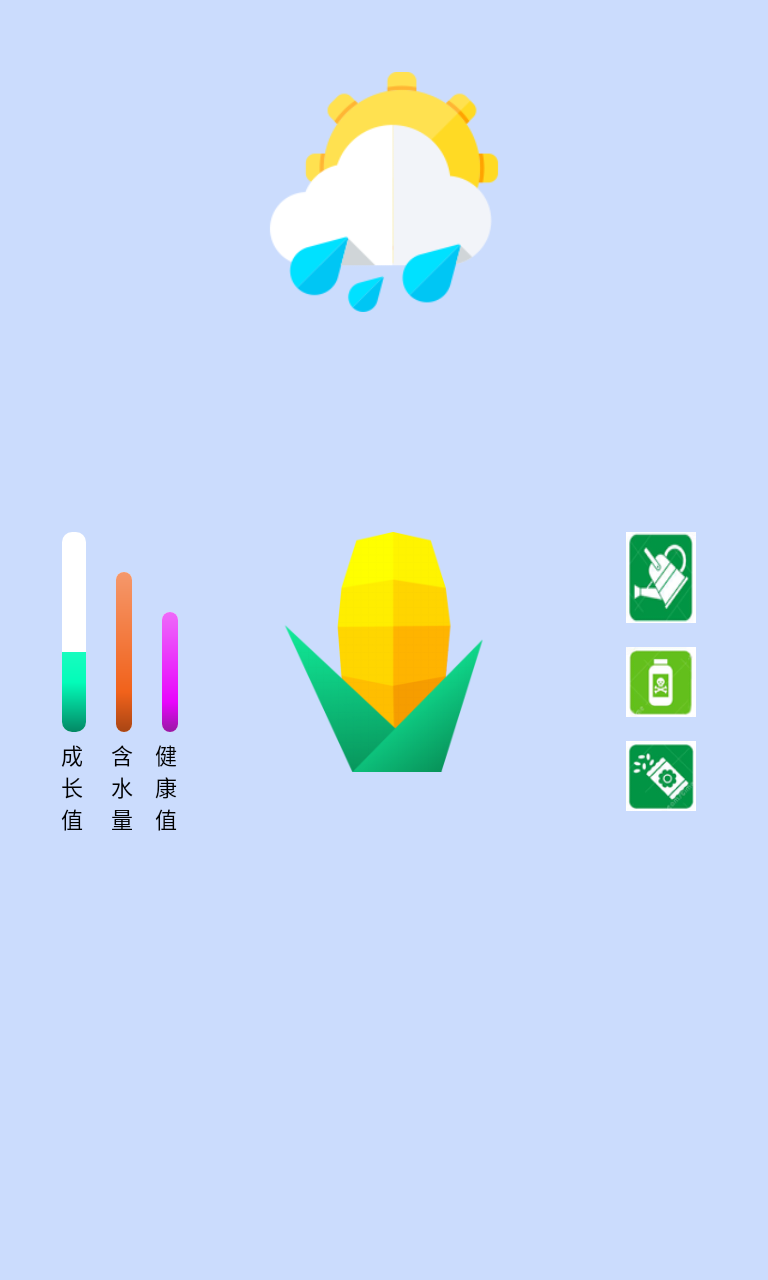
Repository: DraceWang/YumiTianqi
Layout: YumiTianqi/res/layout/fragment_main.xml
An editor plug-in stored every save of this project. The layout is shown before and after a run of saves, followed by the edit.
It is drawn on a 768 x 1280 px phone screen (xhdpi) without system bars, with theme AppTheme; the app's code is not run. Lists and similar views that code fills are empty.

Above is the layout before, as saved 2015-05-20 01:38:15.

After the next 2 saves:
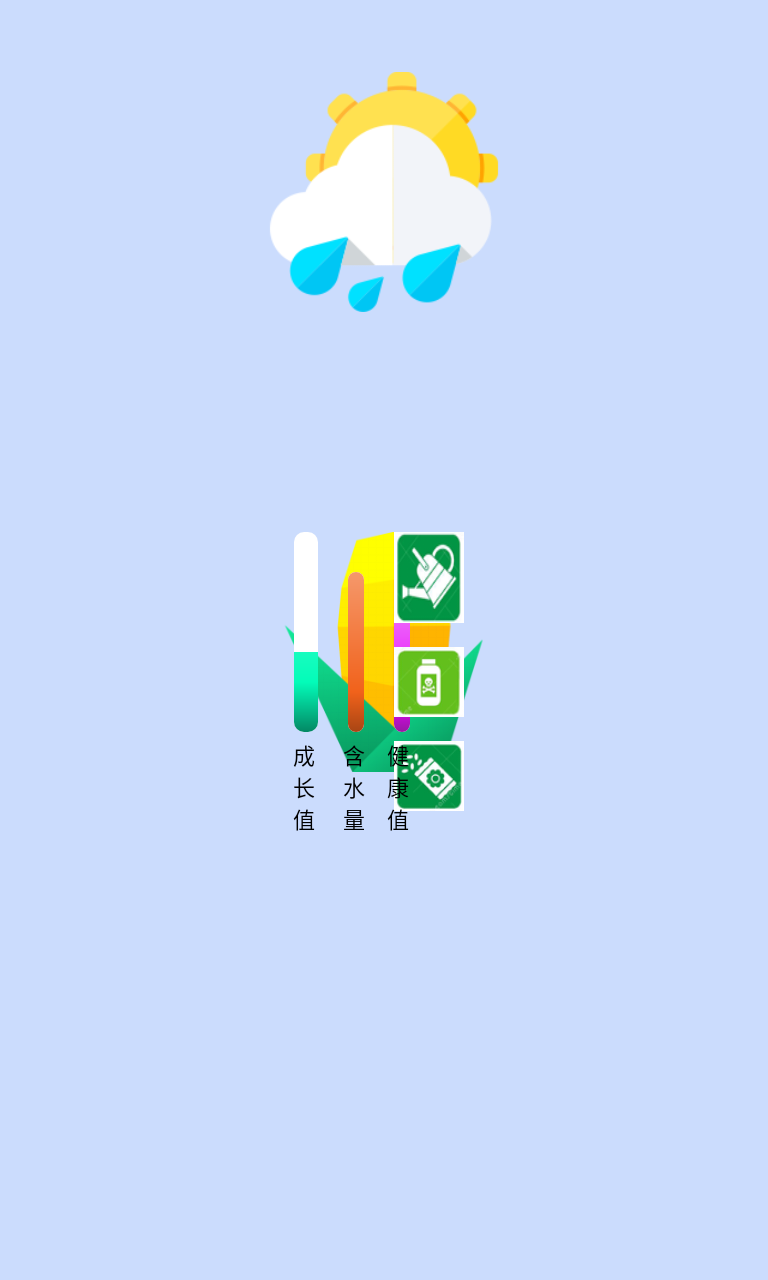
The 2 saves are shown as one change because 1 did not build or start.
The last was saved 6 min 14 s later.
--- a/YumiTianqi/res/layout/fragment_main.xml
+++ b/YumiTianqi/res/layout/fragment_main.xml
@@ -59,17 +59,29 @@
         android:textColor="#666"
         />
 
-    <ScrollView
+    <TableLayout android:layout_width="60dp" android:layout_height="wrap_content" android:id="@+id/btn_AQ" android:layout_above="@+id/body" android:layout_marginLeft="10dp" android:layout_marginBottom="-100dp">
+
+        <TableRow android:layout_width="wrap_content" android:layout_height="wrap_content">
+            <TextView android:id="@+id/AQ_title" android:layout_width="60dp" android:layout_height="20dp" android:layout_alignParentLeft="true" android:gravity="center" android:textSize="6pt" />
+        </TableRow>
+
+        <TableRow android:layout_width="wrap_content" android:layout_height="wrap_content">
+            <TextView android:id="@+id/AQ_content" android:layout_width="60dp" android:layout_height="20dp" android:gravity="center" android:layout_below="@+id/AQ_title" />
+        </TableRow>
+
+
+    </TableLayout>
+    <HorizontalScrollView
         android:id="@+id/body"
-        android:layout_width="match_parent"
-        android:layout_height="wrap_content"
+        android:layout_width="wrap_content"
+        android:layout_height="match_parent"
         android:layout_below="@+id/WeatherIcon"
         android:layout_centerHorizontal="true"
         android:layout_marginTop="70dp"
         android:scrollbars="none" >
 
         <LinearLayout
-            android:layout_width="match_parent"
+            android:layout_width="wrap_content"
             android:layout_height="wrap_content"
             android:orientation="vertical" >
 
@@ -203,40 +215,9 @@
                 android:layout_marginTop="90dp" >
             </ListView>
         </LinearLayout>
-    </ScrollView>
-
-   <TableLayout
-         android:layout_width="60dp"
-        android:layout_height="wrap_content"
-        android:id="@+id/btn_AQ"
-        android:layout_above="@+id/body"
-        android:layout_marginLeft="10dp"
-        android:layout_marginBottom="-100dp" >
-
-        <TableRow
-            android:layout_width="wrap_content"
-            android:layout_height="wrap_content" >
-            <TextView
-                android:id="@+id/AQ_title"
-            	android:layout_width="60dp"
-            	android:layout_height="20dp"
-            	android:layout_alignParentLeft="true"
-            	android:gravity="center"
-            	android:textSize="6pt"/>
-        </TableRow>
-
-        <TableRow
-            android:layout_width="wrap_content"
-            android:layout_height="wrap_content" >
-            <TextView
-                android:id="@+id/AQ_content"
-            	android:layout_width="60dp"
-            	android:layout_height="20dp"
-				android:gravity="center"
-            	android:layout_below="@+id/AQ_title"/>
-        </TableRow>
-
-
-    </TableLayout>
+    </HorizontalScrollView>
+
+
+
 
 </RelativeLayout>
